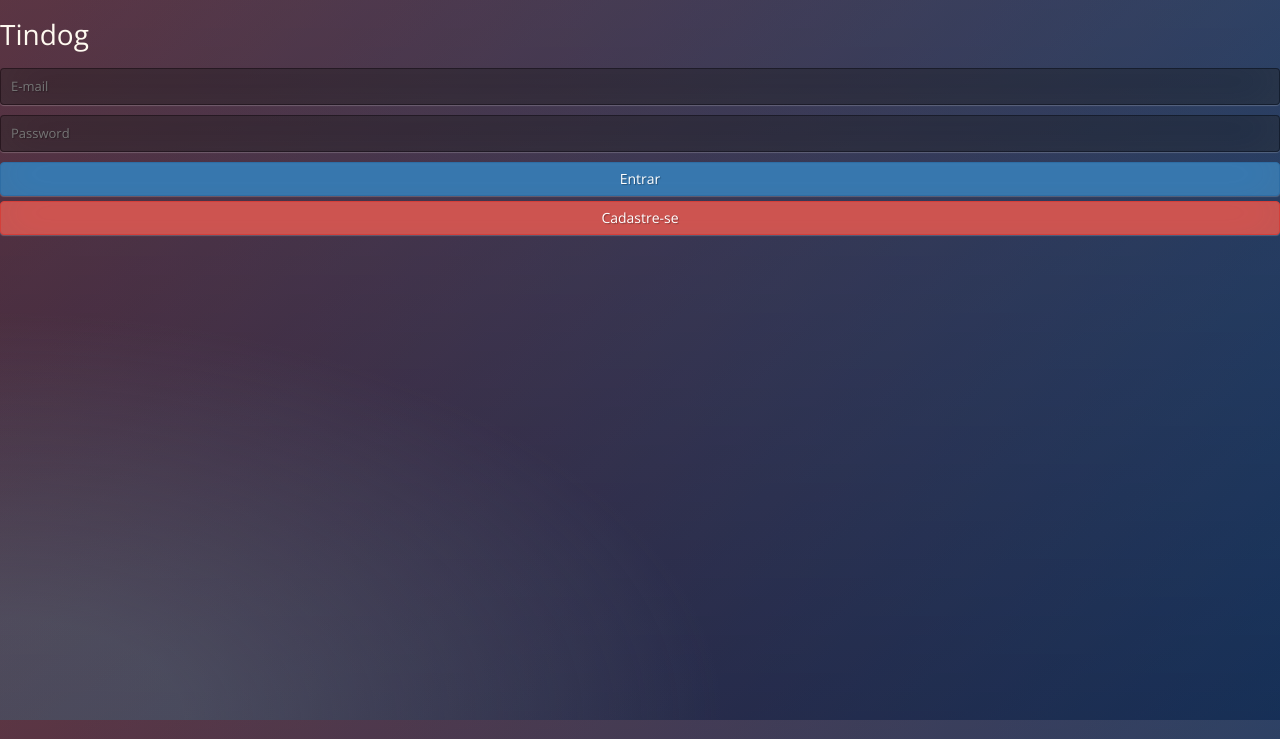
Repository: moises2112/Projetos
Page: http://localhost/Dog/LoginController.do?action=logar
An editor plug-in stored every save of this project. The page is shown before and after the next save, followed by the edit.
The browser window is 1280 px wide. The pictures show the whole page.
Some web libraries are served in a nearby version. The page is served by Tomcat 9.

Above is the page before, as saved 2017-06-13 23:44:26.

After the next save:
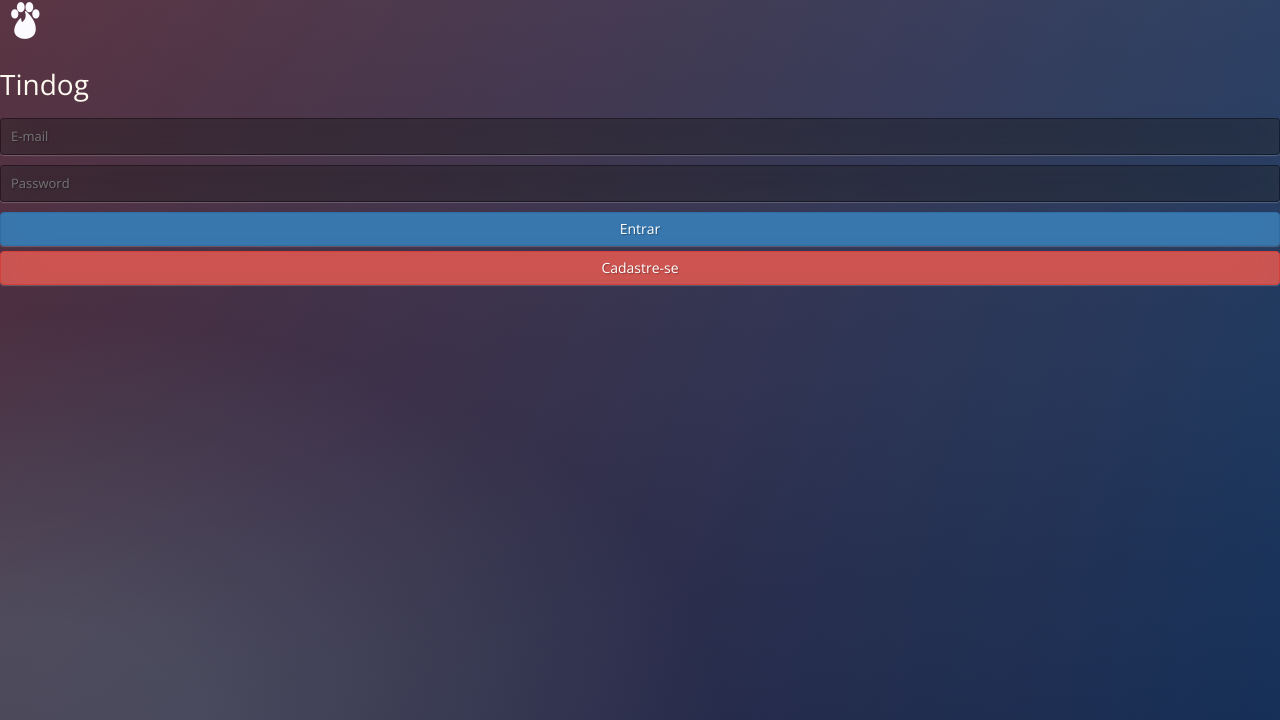
Saved 47 s later.
--- a/Dog/WebContent/login.jsp
+++ b/Dog/WebContent/login.jsp
@@ -19,8 +19,6 @@
 <style>
 /* NOTE: The styles were added inline because Prefixfree needs access to your styles and they must be inlined if they are on local disk! */
 @import url(https://fonts.googleapis.com/css?family=Open+Sans);
-
-
 
 * {
 	-webkit-box-sizing: border-box;
@@ -103,7 +101,11 @@ input:focus {
 </head>
 <body>
 	<div class="login">
-		<h1>Tindog</h1>
+		<div>
+			<img id="simbolo" src="imagens/tinder_dog_white.png" height="50"
+				width="50">
+			<h1>Tindog</h1>
+		</div>
 		<form action="LoginController.do?action=logar" method="post"
 			method="post">
 			<input type="text" name="email" placeholder="E-mail"
